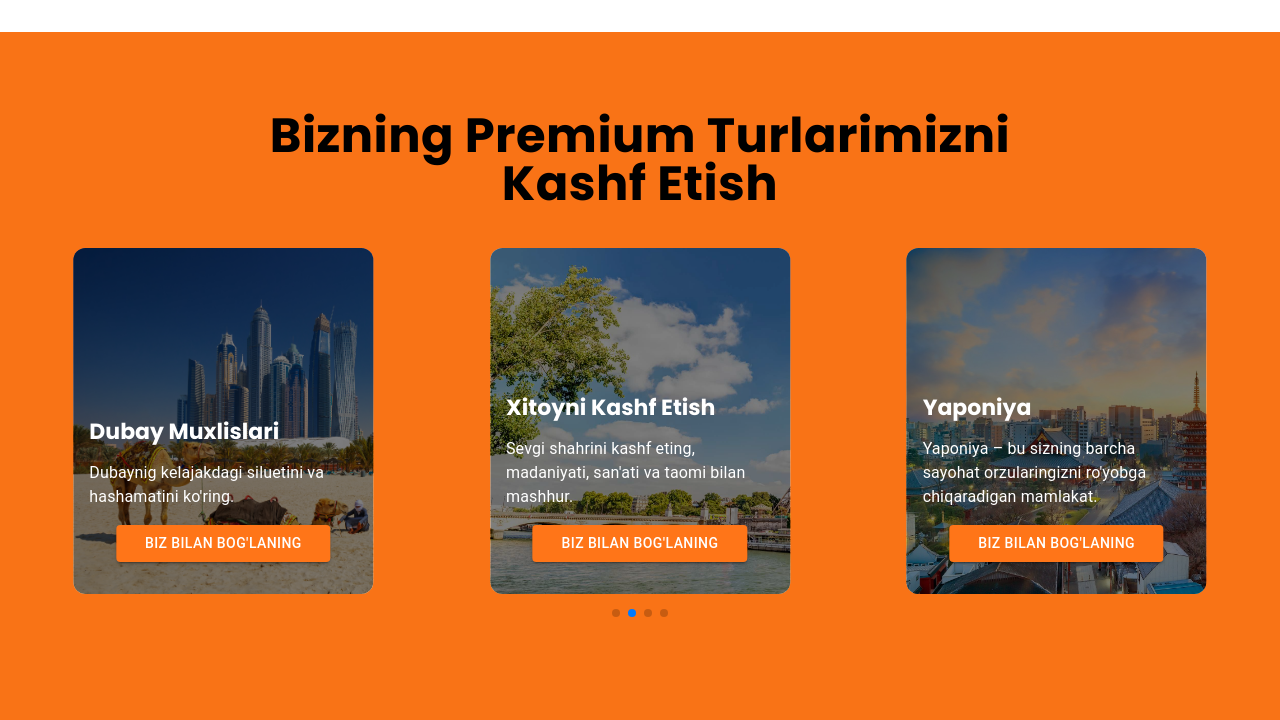
Repository: OgabekErkinov/i-am-tourist
Page: /
These files come from the project's save history. The page is drawn as it stood at one moment and after the next save; the edit follows.
The browser window is 1280 px wide. The pictures show the whole page.
The project was rebuilt for these pictures with package versions that can differ from the ones it lists, and the page was loaded fresh each time. Also part of the build but not shown: vite.config.js, src/components/navbar/LightDarkButton.jsx, src/I18/i18.js, src/components/navbar/languages/LanguageButton.jsx, src/components/navbar/NavbarItem.jsx, src/components/navbar/SocialNetworks.jsx, src/components/navbar/Logo.jsx, src/components/navbar/SectionsLinks.jsx and 7 more.

Above is the page before, as saved 2024-12-24 15:49:47.

After the next save:
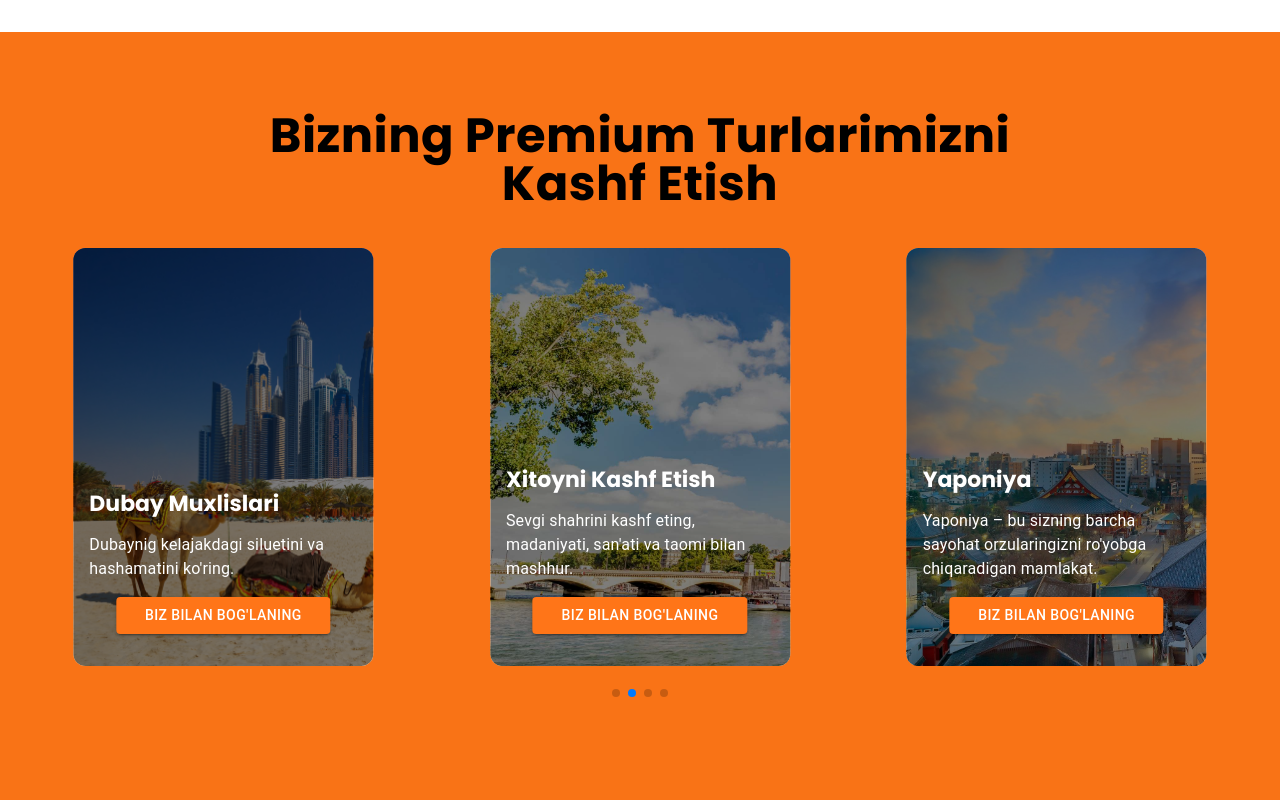
Saved 31 s later.
--- a/src/components/premium/PremiumTours.jsx
+++ b/src/components/premium/PremiumTours.jsx
@@ -46,7 +46,7 @@ const PremiumTours = () => {
                  <Box display={'flex'}
                       alignItems={'center'}
                       justifyContent={'center'}
-                      height={'25rem'}
+                      height={'30rem'}
                       width={'100%'}
                       padding={'0.5rem'}>
                       <Swiper
